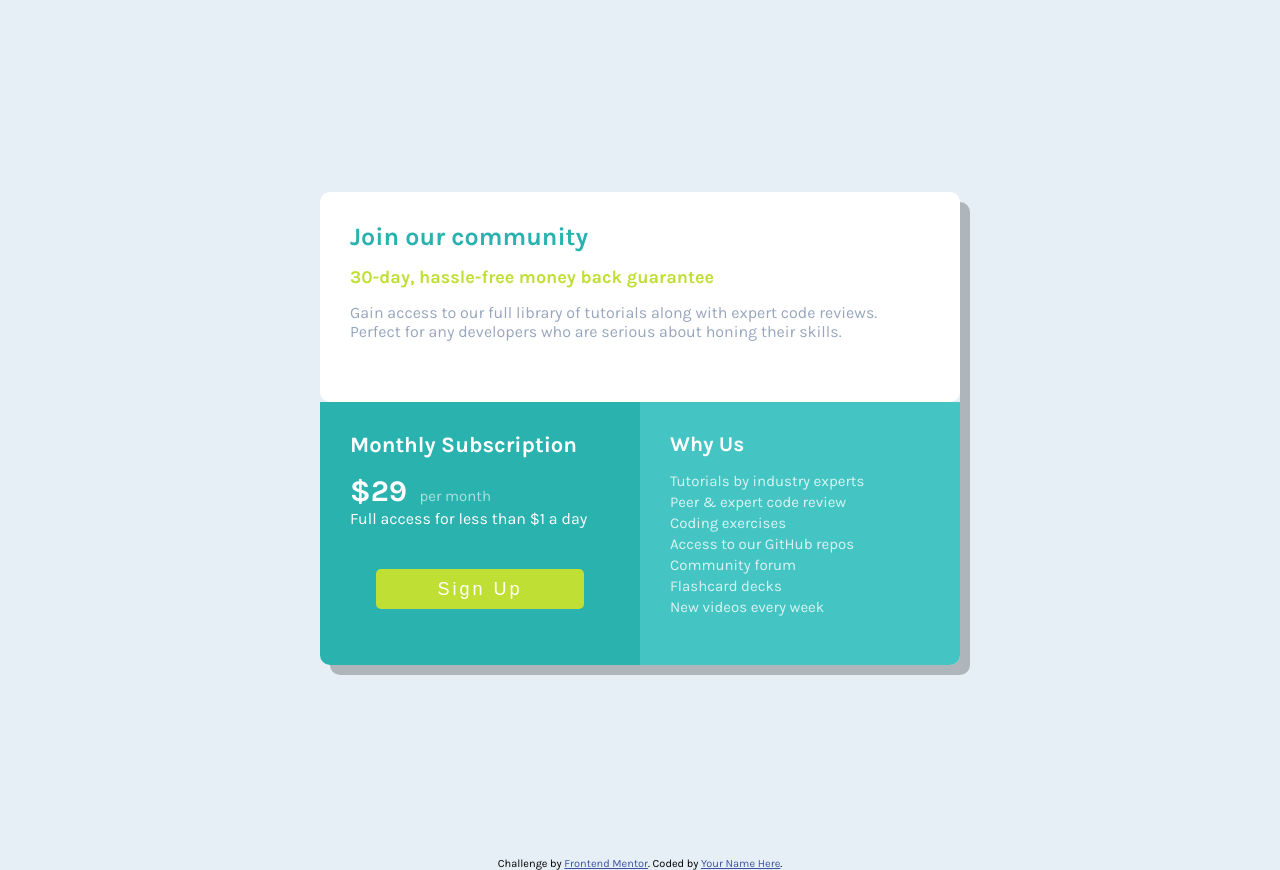
Repository: Pedrohamoura-Git/Frontend-Mentor-Challenges
Page: Newbie/single-price-grid-component-master/index.html
These files come from the project's save history. The page is drawn as it stood at one moment and after the next save; the edit follows.
The browser window is 1280 px wide. The pictures show the whole page.

Above is the page before, as saved 2021-05-31 15:58:35.

### Newbie/single-price-grid-component-master/index.html
<!DOCTYPE html>
<html lang="en">
<head>
  <meta charset="UTF-8">
  <meta name="viewport" content="width=device-width, initial-scale=1.0"> <!-- displays site properly based on user's device -->

  <link rel="stylesheet" href="css/style.css">
  <title>Frontend Mentor | Single Price Grid Component</title>

  <!-- Feel free to remove these styles or customise in your own stylesheet 👍 -->
  <style>
    .attribution { font-size: 11px; text-align: center; }
    .attribution a { color: hsl(228, 45%, 44%); }
  </style>
</head>
<body>
  <div id="wrapper">
    <header id="card1">
      <h1>Join our community</h1>
      <h2>30-day, hassle-free money back guarantee</h2>
      <p>Gain access to our full library of tutorials along with expert code reviews. Perfect for any developers who are serious about honing their skills.</p>
    </header>

    <div id="columns">
      <div id="card2">
        <h2>Monthly Subscription</h2>
        <h3 class="price">&dollar;29</h3>
        <span>per month</span>
        <p>Full access for less than &dollar;1 a day</p>

        <form action="#">
          <input type="submit" value="Sign Up" name="Sign Up" id="signup">
          </input>
        </form>
      </div>

      <div id="card3">
        <h2>Why Us</h2>
        <p>Tutorials by industry experts<br>
          Peer &amp; expert code review<br>
          Coding exercises<br>
          Access to our GitHub repos<br>
          Community forum<br>
          Flashcard decks<br>
          New videos every week</p>
      </div>
    </div>

  </div>








  <footer>
    <p class="attribution">
      Challenge by <a href="https://www.frontendmentor.io?ref=challenge" target="_blank">Frontend Mentor</a>.
      Coded by <a href="#">Your Name Here</a>.
    </p>
  </footer>
</body>
</html>

### Newbie/single-price-grid-component-master/css/style.css
/*
** Core Formatting
*/
    @import url('https://fonts.googleapis.com/css2?family=Karla:wght@400;700&display=swap');

    * {
        padding: 0;
        margin: 0;
        box-sizing: border-box;
    }

    html {
        font-size: 62.5%;
    }

    body {
        background-color: hsl(204, 43%, 93%);
        font-family: Karla;
    }


/*
** Mobile - Wrapper
*/
    #wrapper {
        border-radius: 1rem;
        box-shadow: 10px 10px rgba(14, 14, 14, 0.25);
        display: grid;
        grid-template-rows: repeat(auto-fit, minmax(200px, 1fr));
        margin: 15% auto;
        width: 90%;

        /* border: 1px solid red; */
    }

    #card1, #card2, #card3 {
        padding: 1.5rem;
        min-height: 210px;
    }

    /*
    ** Card 1
    */
        #card1 {
            background-color: white;
            border-radius: 1rem;
        }

        #card1 h1 {
            color: hsl(179, 62%, 43%);
            font-size: 2.5rem;
            margin-bottom: 1.5rem;
        }

        #card1 h2 {
            color: hsl(71, 73%, 54%);
            font-size: 1.8rem;
            margin-bottom: 1.5rem;
        }

        #card1 p {
            margin-bottom: 1.5rem;
            color: hsl(218, 22%, 67%);
            font-size: 1.6rem;
            margin-bottom: 1.5rem;
        }



    /*
    ** Card 2
    */
        #card2 {
            color: white;
            background-color: hsl(179, 62%, 43%);
        }

        #card2 h2 {
            font-size: 2.2rem;
            margin-bottom: 1.5rem;
        }

        #card2 h3.price {
            display: inline;
            font-size: 3rem;
            font-weight: 700;
            margin-bottom: 1.5rem;
        }

        #card2 span {
            font-size: 1.5rem;
            margin-left: 1rem;
            margin-bottom: 1rem;
            opacity: 60%;
        }

        #card2 p {
            font-size: 1.6rem;
            margin-bottom: 1.5rem;
        }

        #card2 form input {
            background-color: hsl(71, 73%, 54%);
            border: none;
            border-radius: .5rem;
            color: white;
            font-size: 1.8rem;
            letter-spacing: .3rem;
            margin: 10%;
            width: 80%;
            height: 4rem;

        }

        #card2 input:hover, input:active {
            background-color: hsl(71, 93%, 62%);
            color: hsl(179, 62%, 43%);
        }





        #card3 {
            background-color: hsl(179, 53%, 52%);
            border-bottom-left-radius: 1rem;
            border-bottom-right-radius: 1rem;
            color: white;
        }

        #card3 h2 {
            font-size: 2.1rem;
            margin-bottom: 1.5rem;
        }

        #card3 p {
            font-size: 1.5rem;
            line-height: 2.1rem;
            opacity: 80%;
        }


    /*
    ** Tablets & Desktops
    */
        @media (min-width: 600px) {
            #wrapper {
                display: block;
                max-width: 640px;

                /* border: 1px solid red; */
            }

            #columns {
                display: grid;
                grid-template-columns: repeat(auto-fit, minmax(50%, 1fr));
            }

            #card1 {
                padding: 3rem;
            }

            #card2 {
                border-bottom-left-radius: 1rem;
                padding: 3rem;

            }

            #card3 {
                border-bottom-left-radius: 0;
                padding: 3rem;
            }

        }

After the next save:
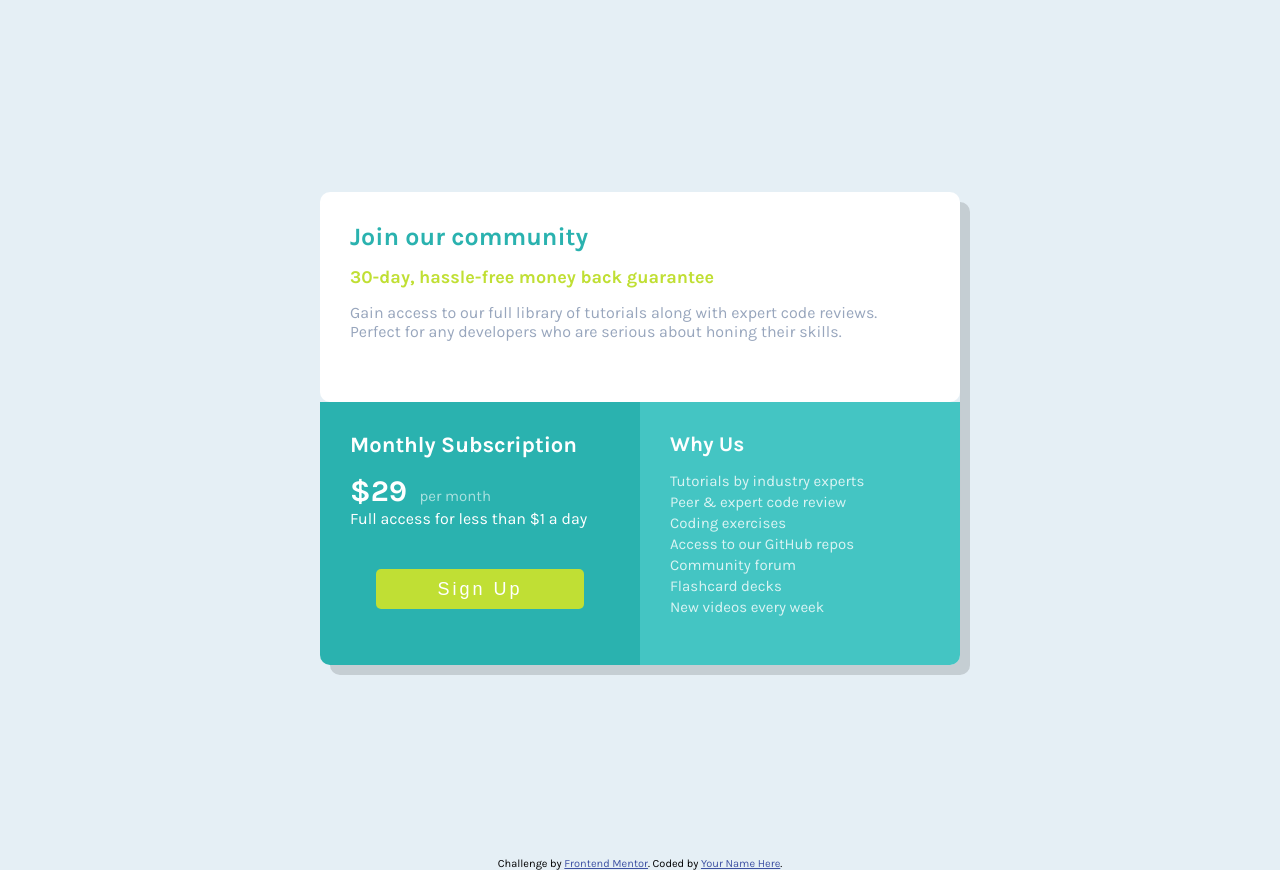
Saved 20 s later.
--- a/Newbie/single-price-grid-component-master/css/style.css
+++ b/Newbie/single-price-grid-component-master/css/style.css
@@ -24,7 +24,7 @@
 */
     #wrapper {
         border-radius: 1rem;
-        box-shadow: 10px 10px rgba(14, 14, 14, 0.25);
+        box-shadow: 10px 10px rgba(14, 14, 14, 0.15);
         display: grid;
         grid-template-rows: repeat(auto-fit, minmax(200px, 1fr));
         margin: 15% auto;
